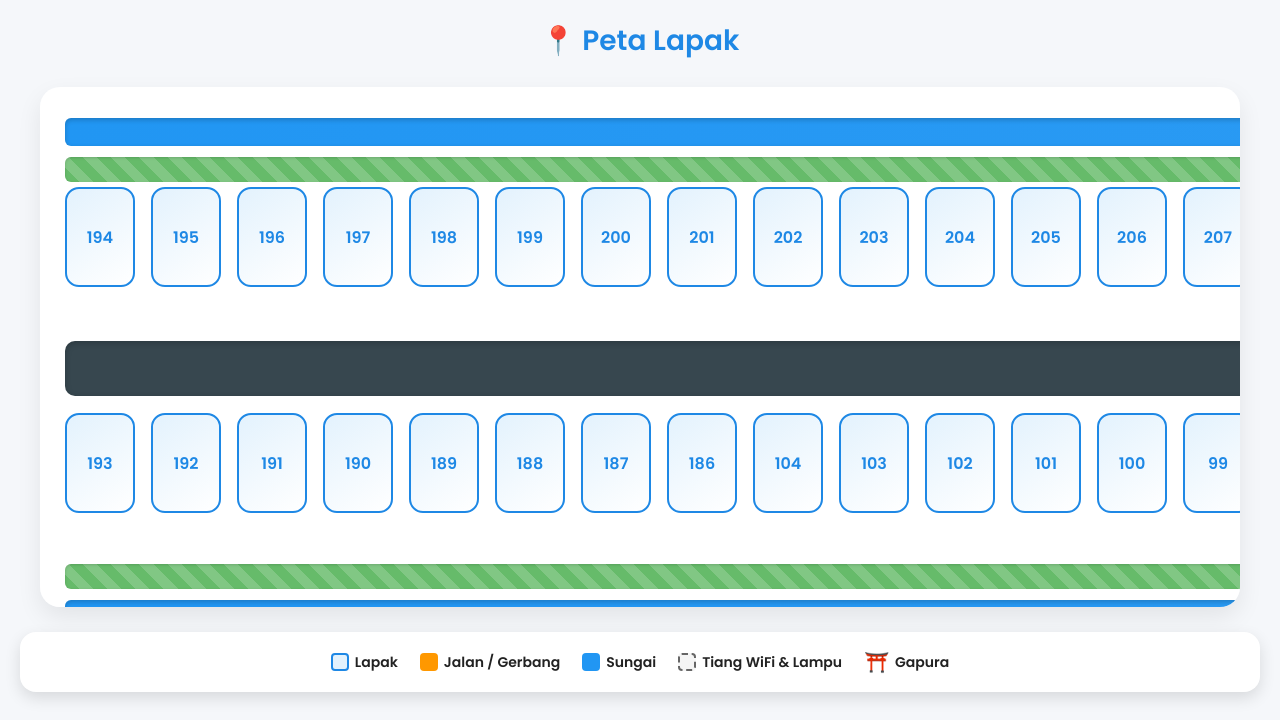
Repository: pasarrakyatbak/denah
Page: index.html
An editor plug-in stored every save of this project. The page is shown before and after the next save, followed by the edit.
The browser window is 1280 px wide. The pictures show the whole page.
An inner scrolling area shows only its first screen.

Above is the page before, as saved 2025-09-19 19:23:24.

After the next save:
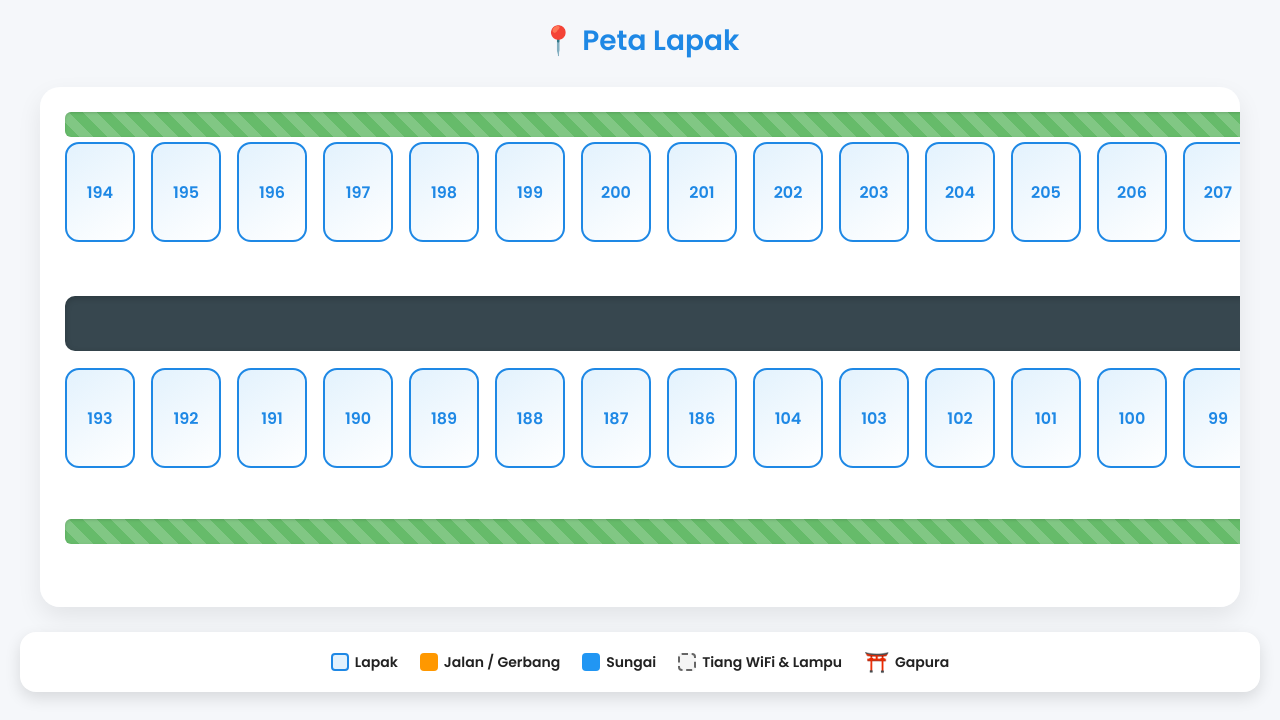
Saved 18 s later.
--- a/index.html
+++ b/index.html
@@ -18,10 +18,11 @@
     <!-- Grid Container -->
     <div class="scroll-container">
         <div class="h-inner">
+            <!-- Rumput kiri -->
+            <div class="rumput-wrapper">
+                <div class="rumput"></div>
+            </div>
 
-            <!-- Rumput kiri -->
-            <div class="sungai-side">🌊 Sungai</div>
-            <div class="rumput"></div>
             <!-- Lapak kanan (sekarang di atas jalan utama) -->
             <div class="row bottom" id="right-side"></div>
             <!-- Jalan utama -->
@@ -33,8 +34,9 @@
             <div class="row top" id="left-side"></div>
 
             <!-- Rumput kanan -->
-            <div class="rumput"></div>
-            <div class="sungai-side">🌊 Sungai</div>
+            <div class="rumput-wrapper">
+                <div class="rumput"></div>
+            </div>
         </div>
     </div>
 
